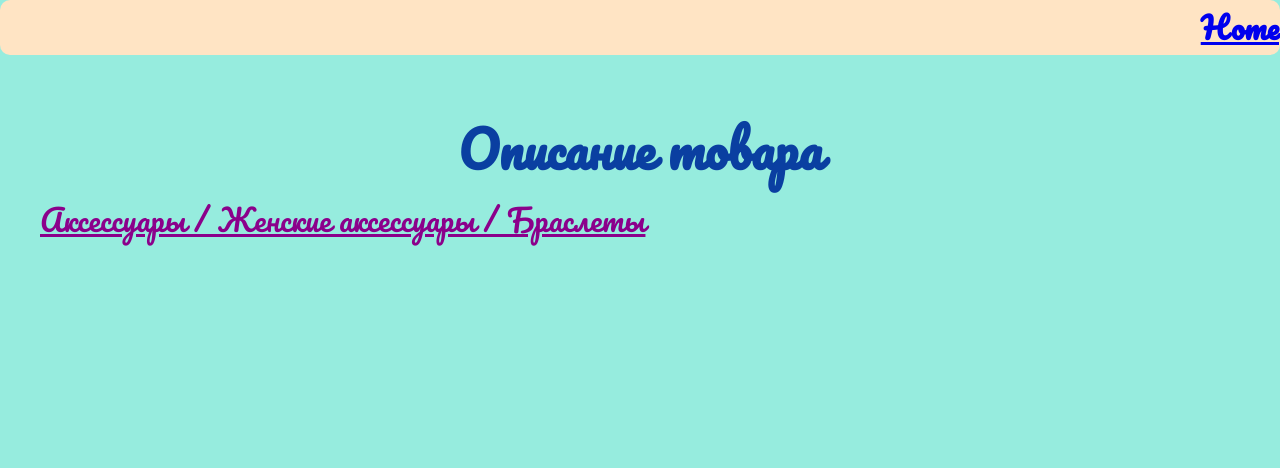
Repository: annamsklv/web
Page: seminar2_26.01/product page.html
These files come from the project's save history. The page is drawn as it stood at one moment and after a run of saves; the edit follows.
The browser window is 1280 px wide. The pictures show the whole page.

Above is the page before, as saved 2023-02-01 20:25:39.

### seminar2_26.01/product page.html
<!DOCTYPE html>
<html lang="en">
<head>
    <meta charset="UTF-8">
    <meta http-equiv="X-UA-Compatible" content="IE-edge">
    <meta name="viewport" content="width=device-width, initial-scale=1.0">
    <div class="home">
        <a class="link" href="index.html">Home</a>
    </div>
    <title>Продукт</title>
    <link rel="preconnect" href="https://fonts.googleapis.com">
<link rel="preconnect" href="https://fonts.gstatic.com" crossorigin>
<link href="https://fonts.googleapis.com/css2?family=Pacifico&display=swap" rel="stylesheet">
    <link rel="stylesheet" href="product style.css">

</head>


<body>

    <div class="header">
    <div class="container"></div>
    <h1 class="title">Описание товара</h1>
    </div>
    </div>

    <div class="content">
        <div class="container">
            <div class="categories">
                <a class="category-link" href="#">Аксессуары / Женские аксессуары / Браслеты</a>
            </div>
        </div>
    </div>
    <div class="item-box">

    </div>

<div class="footer">


</div>

</body>
</html>

### seminar2_26.01/product style.css
* {
    margin: 0;
    padding: 0;
}

body{
    background-color: rgb(150, 236, 222);
}
.container{
    width: 1200px;
    margin: 0 auto;
}

.title{
    text-align: center;
    margin-top: 50px;
    font-family: 'Pacifico';
    color: rgb(10, 63, 161);
    font-size: 50px;
}

.home{
    font-family: 'Pacifico', cursive;
    color: rgb(10, 63, 161);
    font-size: 30px;
    font-weight: bold;
    background-color: bisque;
    border-radius: 10px;
    display: block;
    border: 1px solid transparent;
    text-align: right;
}

.home:hover{
    border: 1 px solid darkmagenta;
    color: darkmagenta;
    background-color: white;

}

.category-link{
    color:darkmagenta;
    font-family: 'Pacifico', cursive;
    font-size: 30px;


}

After the next 2 saves:
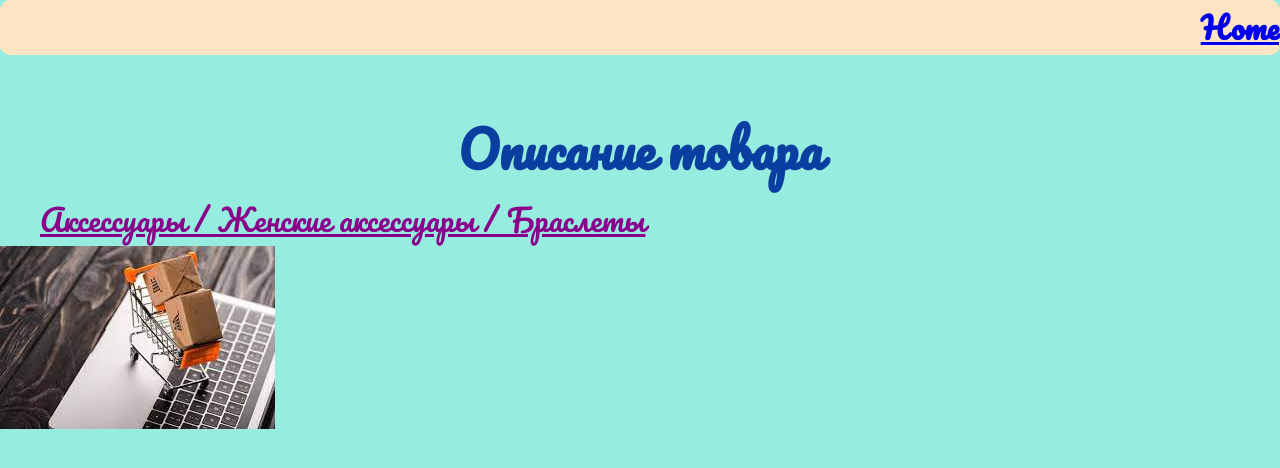
The 2 saves are shown as one change because they came seconds apart.
The last was saved 12 s later.
--- a/seminar2_26.01/product page.html
+++ b/seminar2_26.01/product page.html
@@ -32,6 +32,7 @@
         </div>
     </div>
     <div class="item-box">
+        <img class="item-pic" src="img/product.jpeg" alt="product">
 
     </div>
 
